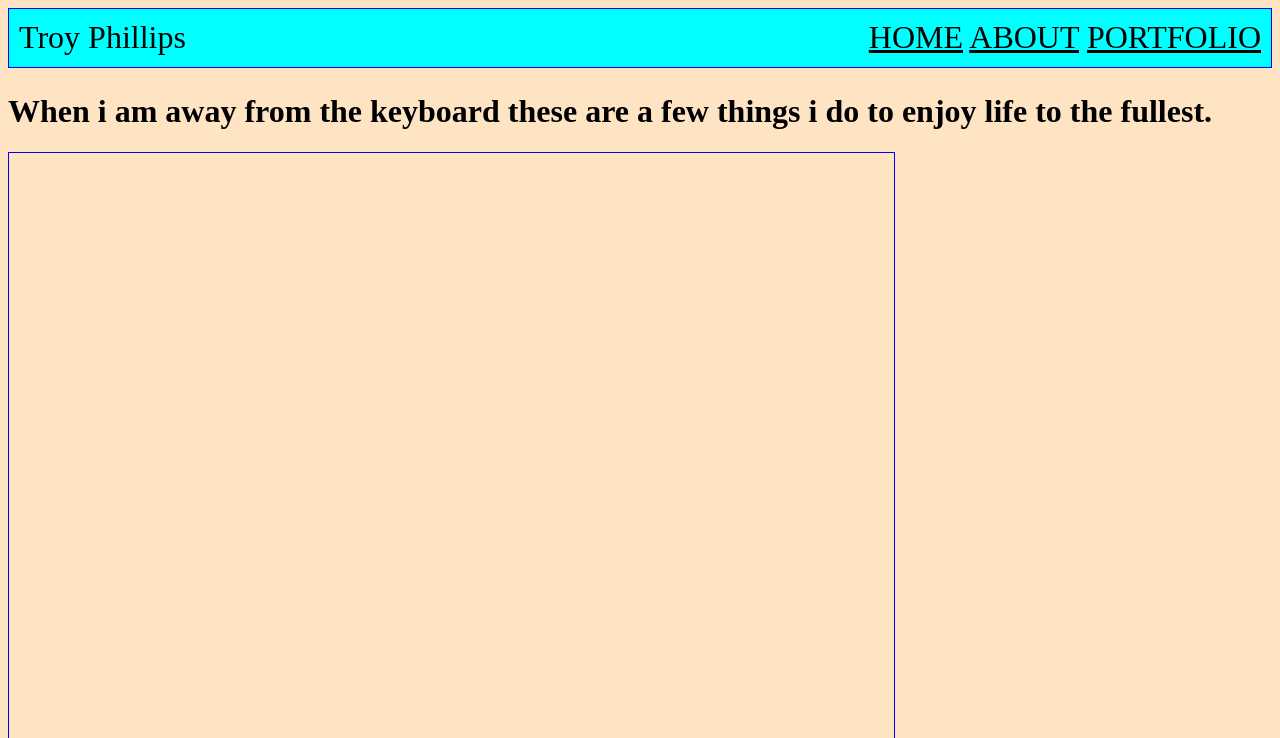
Repository: TheTroyPhillips/Personal-website
Page: about.html
The author's editor kept a copy of each file at every save. The page is drawn from the files as they stood at one save, then again after a run of saves.
The browser window is 1280 px wide. The pictures show the part of the page from y = 0 to 738 px (the page is 2004 px tall before and 1970 px after).
A picture or video elsewhere on the page could not be fetched, so the positions and the page height are approximate.

Above is the page before, as saved 2023-09-10 22:57:23.

After the next 2 saves:
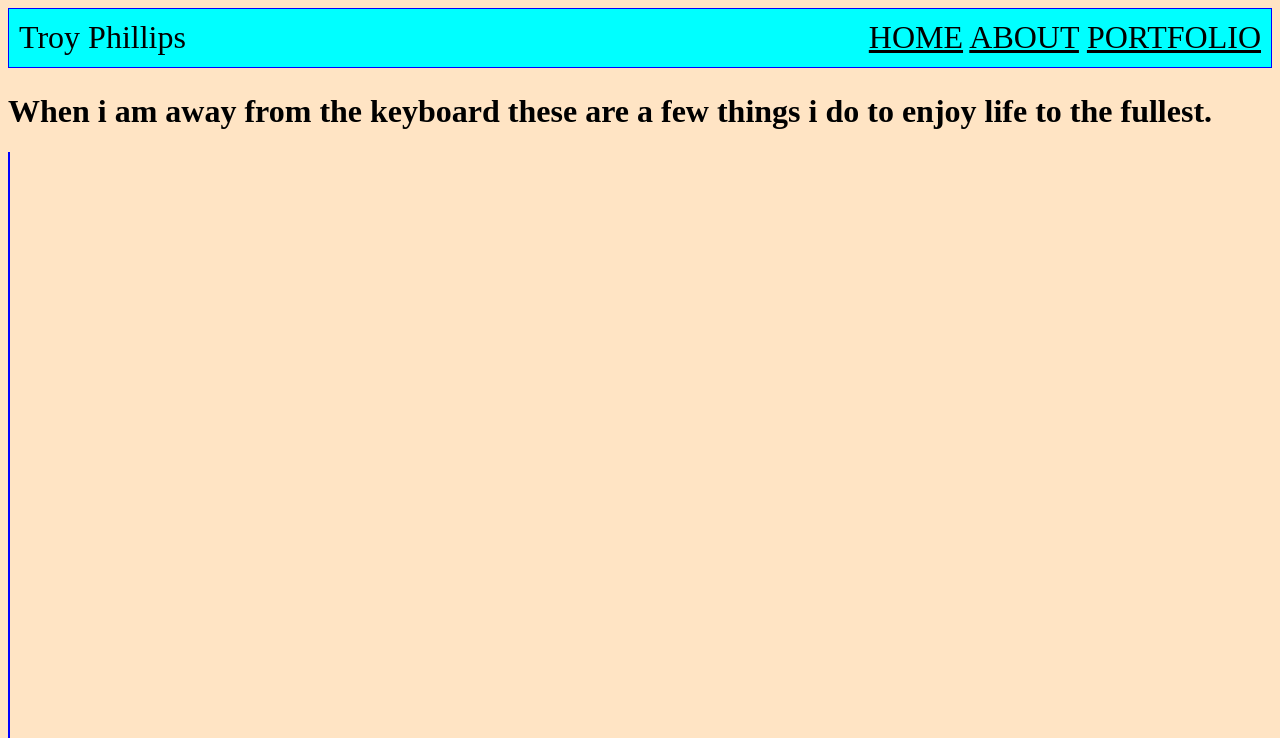
The 2 saves are shown as one change because they came seconds apart.
The last was saved 18 s later.
--- a/style.css
+++ b/style.css
@@ -8,7 +8,7 @@
     padding: 10px;
 }
 .childb{
-    width: 70%;
+    width: 7;
     height: 600px;
     border: 1px solid blue;
     display: inline-block;
